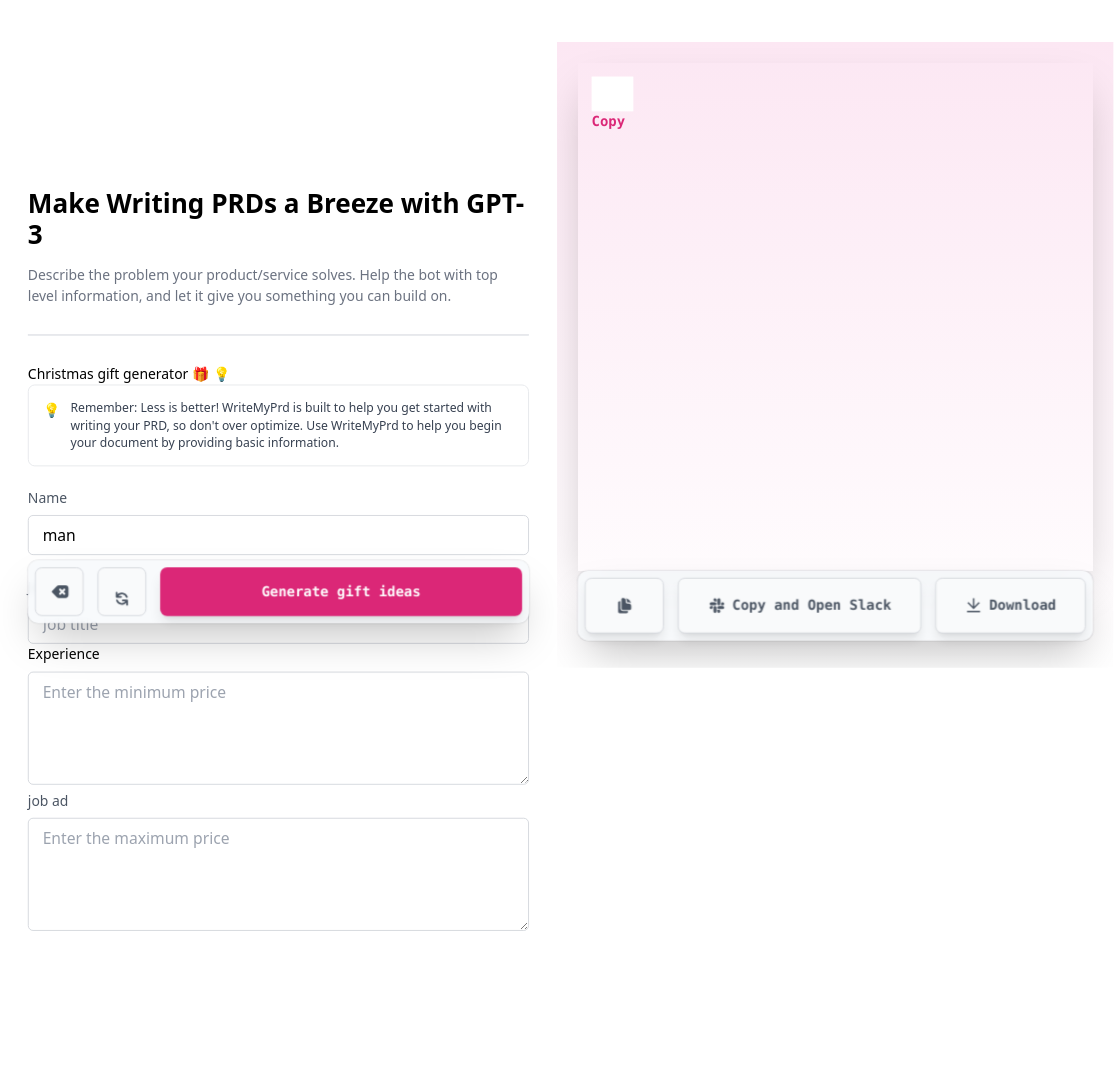
Repository: hamza-mastar/chatgpt-jpbad
Page: /
An editor plug-in stored every save of this project. The page is shown before and after the next save, followed by the edit.
The browser window is 1280 px wide. The pictures show the whole page, at 87% of full size.
The project was rebuilt for these pictures with package versions that can differ from the ones it lists, and the page was loaded fresh each time. The framework's server and built-in components were replaced by stand-ins that run in the browser.

Above is the page before, as saved 2023-01-30 16:32:44.

After the next save:
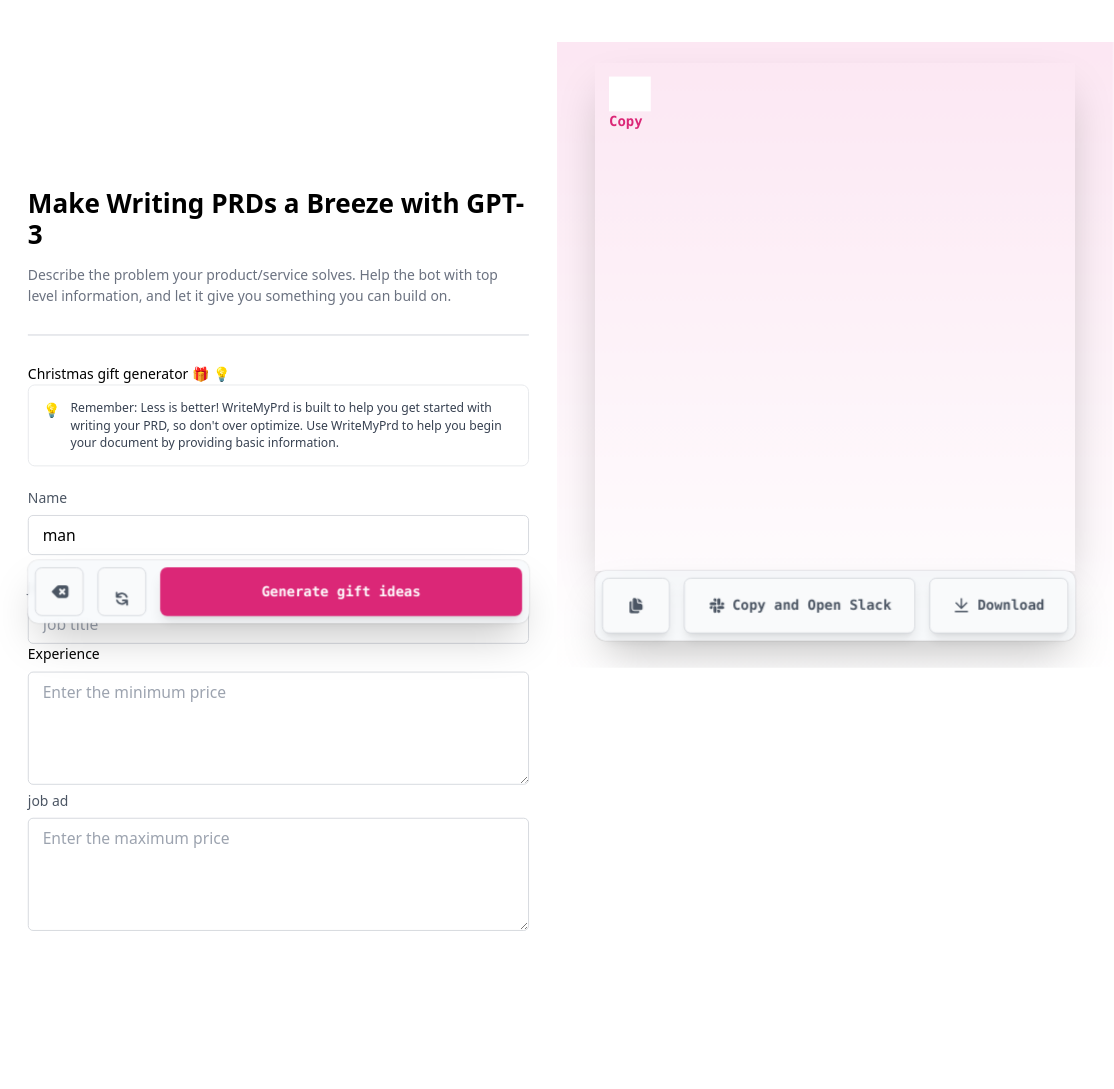
Saved 84 s later.
--- a/pages/index.js
+++ b/pages/index.js
@@ -146,7 +146,7 @@ export default function Home() {
 
           <div class="relative  lg:fixed right-0 bottom-0 lg:block lg:w-1/2 overflow-hidden sm:px-5 lg:h-full h-auto overflow-y-auto top-12">
             <div class="absolute inset-0 bg-gradient-to-b from-pink-100 to-white  -z-10" >
-              {/* <div class="hidden md:block absolute right-0 pointer-events-none -z-10"> */}
+              <div class="relative lg:fixed right-0 bottom-0 lg:block lg:w-1/2 overflow-hidden sm:px-5 lg:h-full h-auto overflow-y-auto top-12">
                 <div class="h-auto">
                 <div class="p-6 pb-0 h-[calc(100vh-6rem)]" >
                 <div class="form-textarea relative text-base  w-full p-4 px-8 overflow-scroll h-[calc(100%-1rem)] shadow-2xl flex items-center justify-center" >
@@ -192,7 +192,7 @@ export default function Home() {
         </div>
         </div>
         </div>
-        {/* </div> */}
+        </div>
       </main>
       </div>
 
